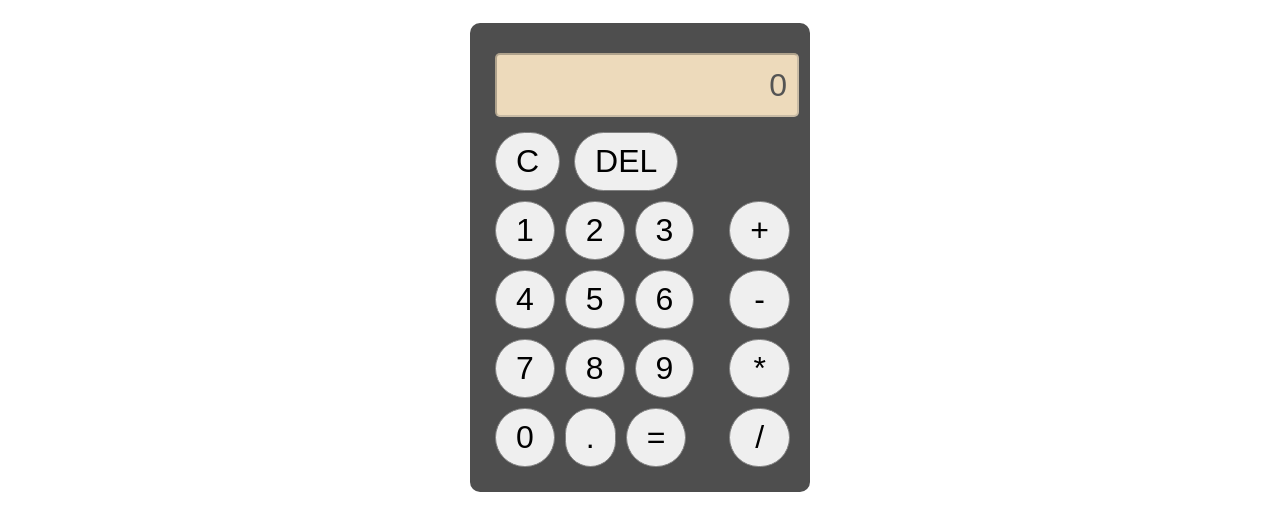
Repository: jaskeat/Calculator
Page: index.html
An editor plug-in stored every save of this project. The page is shown before and after the next save, followed by the edit.
The browser window is 1280 px wide. The pictures show the whole page.

Above is the page before, as saved 2024-09-05 13:28:43.

### index.html
<!DOCTYPE html>
<html lang="en">
	<head>
		<meta charset="UTF-8" />
		<meta name="viewport" content="width=device-width, initial-scale=1.0" />
		<title>Calculator</title>
		<link rel="stylesheet" href="style.css" />
	</head>
	<body>
		<div class="calculator">
			<div class="display">
				<input type="text" class="display-input" value="0" disabled />
			</div>

			<div class="extrabtn">
				<button class="btn" onclick="clearDisplay()">C</button>
				<button class="btn" onclick="deleteLast()">DEL</button>
			</div>

			<div class="buttons">
				<div class="operators">
					<button class="btn" onclick="append('+')">+</button>
					<button class="btn" onclick="append('-')">-</button>
					<button class="btn" onclick="append('*')">*</button>
					<button class="btn" onclick="append('/')">/</button>
				</div>

				<div class="numbers">
					<button class="btn" onclick="append('1')">1</button>
					<button class="btn" onclick="append('2')">2</button>
					<button class="btn" onclick="append('3')">3</button>
					<button class="btn" onclick="append('4')">4</button>
					<button class="btn" onclick="append('5')">5</button>
					<button class="btn" onclick="append('6')">6</button>
					<button class="btn" onclick="append('7')">7</button>
					<button class="btn" onclick="append('8')">8</button>
					<button class="btn" onclick="append('9')">9</button>
					<button class="btn" onclick="append('0')">0</button>
					<button class="btn" onclick="append('.')">.</button>
					<button class="btn" onclick="calculate()">=</button>
				</div>
			</div>
		</div>
		<script src="script.js"></script>
	</body>
</html>

### style.css
body {
	display: flex;
	justify-content: center;
	align-items: center;
}

.calculator {
	width: 300px;
	max-width: 600px;
	height: auto;
	margin: 15px;
	padding: 20px;
	background-color: rgb(78, 78, 78);
	border-radius: 10px;
}

button {
	border-radius: 30px;
	border: 1px grey solid;
	font-size: 1.3rem;
}

button:hover {
	background-color: lightgrey;
	cursor: pointer;
}

input {
	width: 280px;
	height: 50px;
	font-size: 2rem;
	text-align: right;
	border-radius: 5px;
	margin: 10px 5px;
	background-color: rgb(237, 218, 187);
	padding: 5px 10px;
}

.operators {
	display: flex;
	flex-direction: column;
	width: auto;
}

.operators button {
	width: auto;
	height: auto;
	margin: 5px 0;
}

.numbers {
	display: flex;
	flex-wrap: wrap;
	height: auto;
	width: 250px;
}

.buttons {
	display: flex;
	flex-direction: row-reverse;
	justify-content: space-between;
	font-size: 2rem;
}

.btn {
	font-size: 2rem;
	padding: 10px 20px;
	margin: 5px;
}

Loaded but not shown: script.js (no copy from this time; the picture is the same without it)

After the next save:
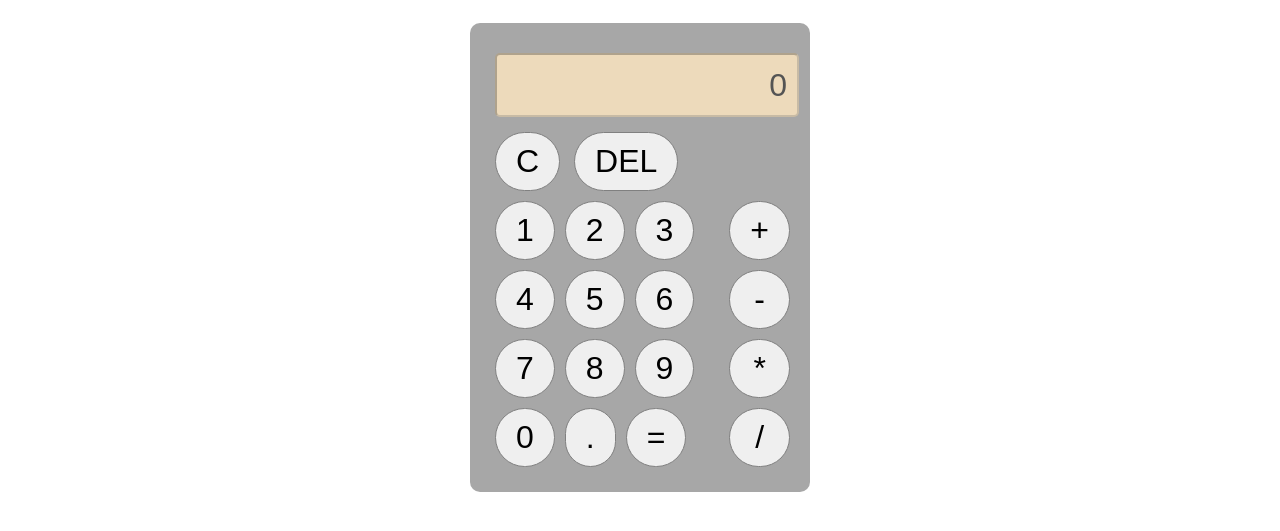
Saved 5 s later.
--- a/style.css
+++ b/style.css
@@ -10,7 +10,7 @@ body {
 	height: auto;
 	margin: 15px;
 	padding: 20px;
-	background-color: rgb(78, 78, 78);
+	background-color: rgb(167, 167, 167);
 	border-radius: 10px;
 }
 
